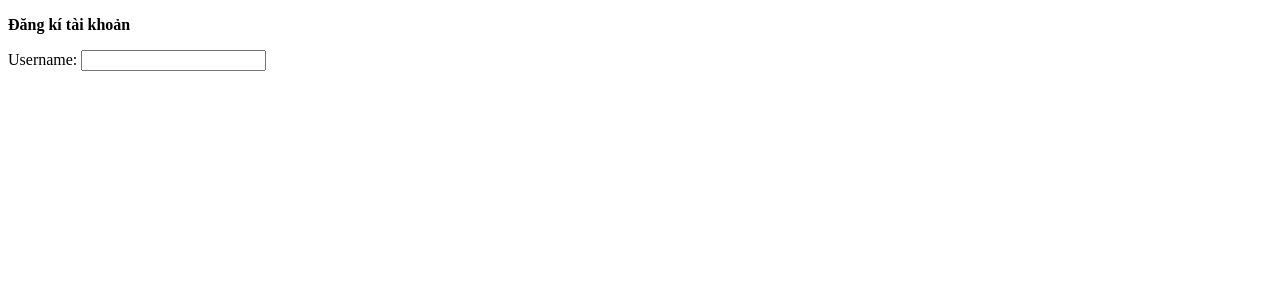
Repository: huyennvo/ptcudw
Page: lesson2/form.html
These files come from the project's save history. The page is drawn as it stood at one moment and after the next save; the edit follows.
The browser window is 1280 px wide. The pictures show the whole page.

Above is the page before, as saved 2022-08-08 09:19:57.

After the next save:
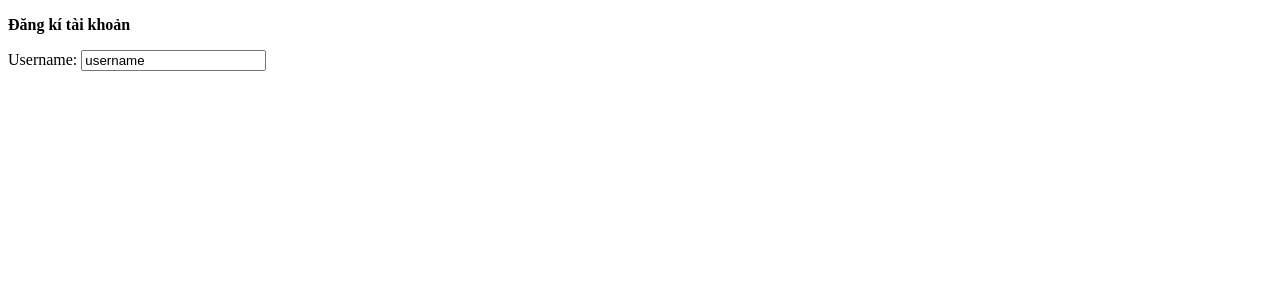
Saved 65 s later.
--- a/lesson2/form.html
+++ b/lesson2/form.html
@@ -8,6 +8,6 @@
 </head>
 <body>
     <p> <b>Đăng kí tài khoản</b> </p>
-    Username: <input type="text">
+    Username: <input type="text" name="username" value="username">
 </body>
 </html>

After the save that followed:
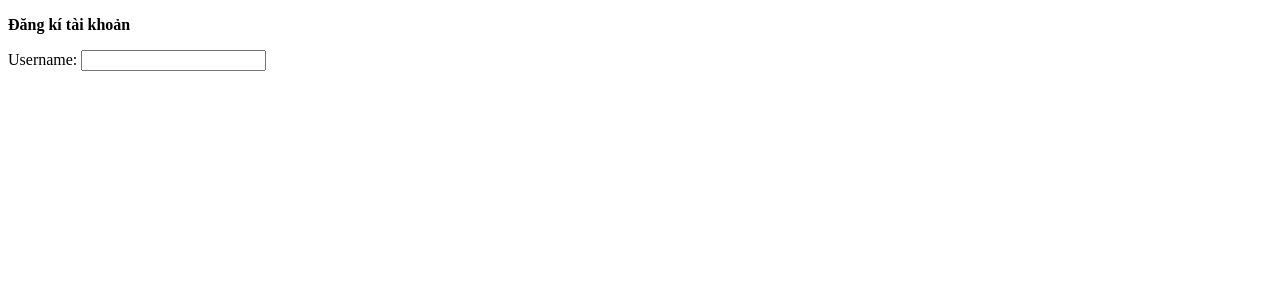
Saved 6 s later.
--- a/lesson2/form.html
+++ b/lesson2/form.html
@@ -8,6 +8,6 @@
 </head>
 <body>
     <p> <b>Đăng kí tài khoản</b> </p>
-    Username: <input type="text" name="username" value="username">
+    Username: <input type="text" name="username" value="">
 </body>
 </html>
